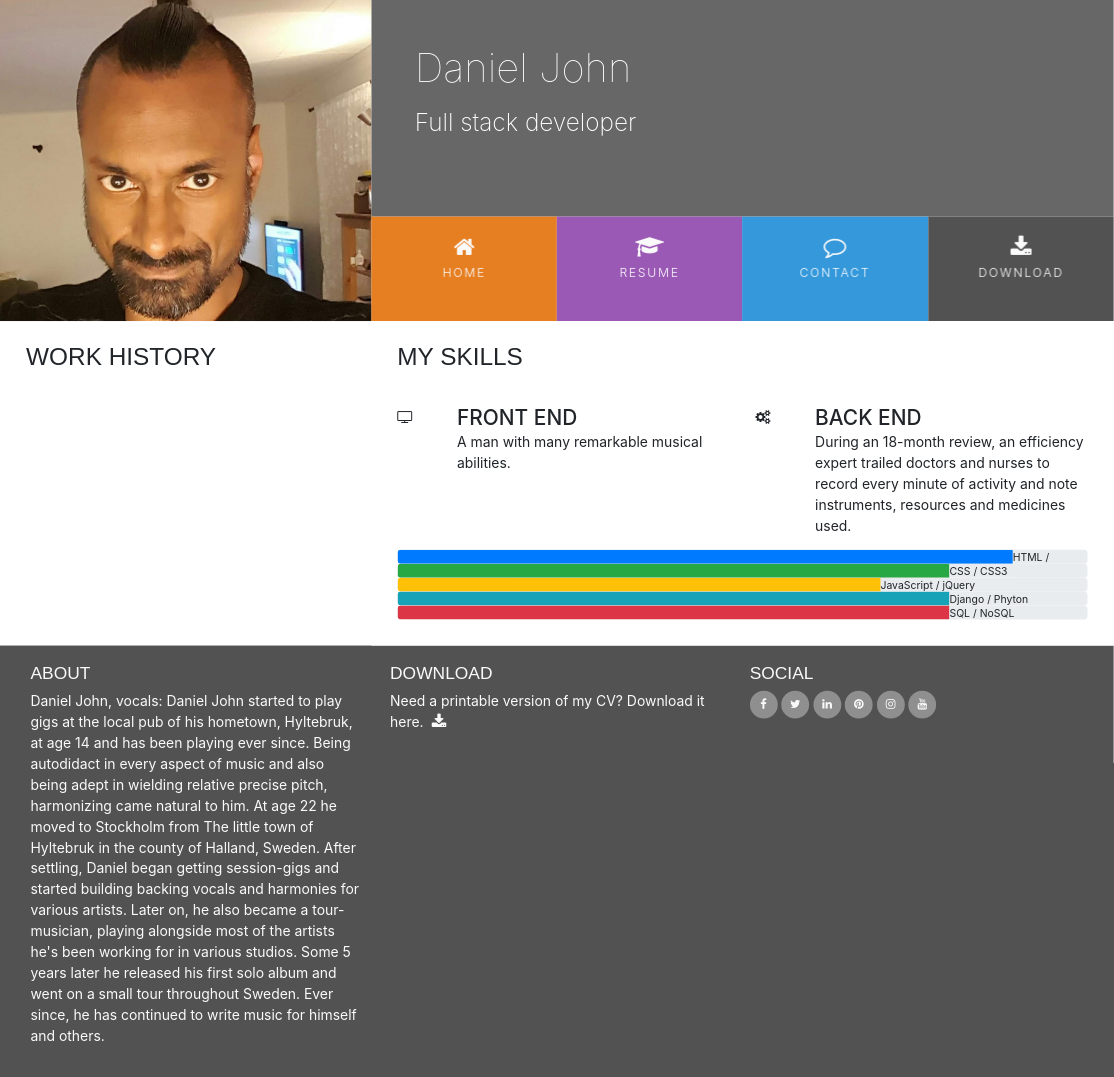
Repository: Jadehammar/initial-commit
Page: resume.html
The author's editor kept a record of every edit. The page is drawn from the files as they stood at one moment, then again after the next edit.
The browser window is 1280 px wide. The pictures show the whole page, at 87% of full size.

Above is the page before.

After the next edit:
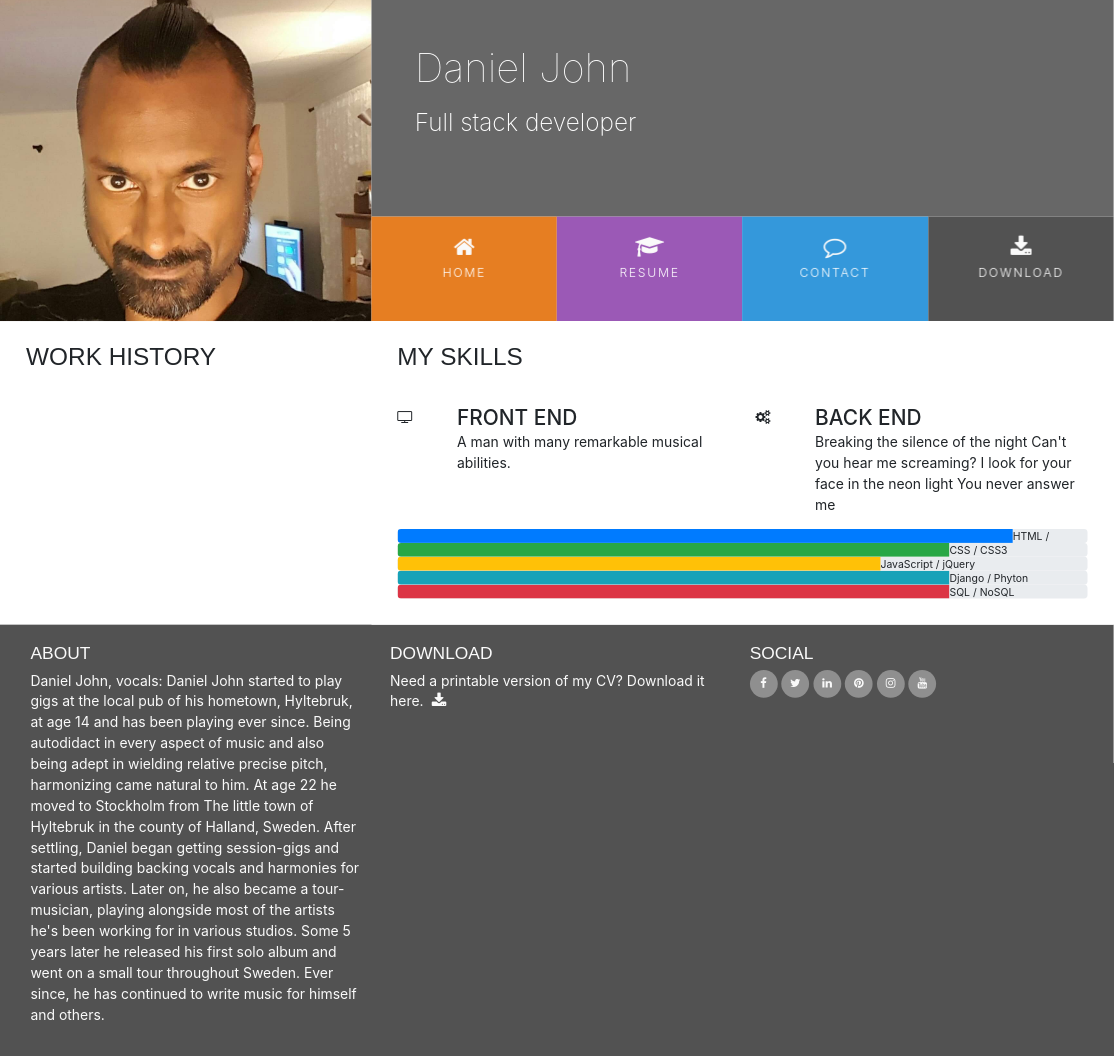
The edit:
--- a/resume.html
+++ b/resume.html
@@ -83,7 +83,7 @@
                             <div class="col-10">
                                 <h4 class="three-reasons-heading uppercase">Back End</h4>
                                 <p>
-                                    During an 18-month review, an efficiency expert trailed doctors and nurses to record every minute of activity and note instruments, resources and medicines used.
+                                    Breaking the silence of the night Can't you hear me screaming? I look for your face in the neon light You never answer me
                                 </p>
                             </div>
                         </div>
@@ -115,7 +115,7 @@
                             </div>
                             <span class="progress-type">Django / Phyton</span>
                         </div>
-                         <div class="progress">
+                        <div class="progress">
                             <div class="progress-bar bg-danger" role="progressbar" aria-valuenow="80" aria-valuemin="0" aria-valuemax="100" style="width:80%;">
                                 <span class="sr-only">80% complete</span>
                             </div>
